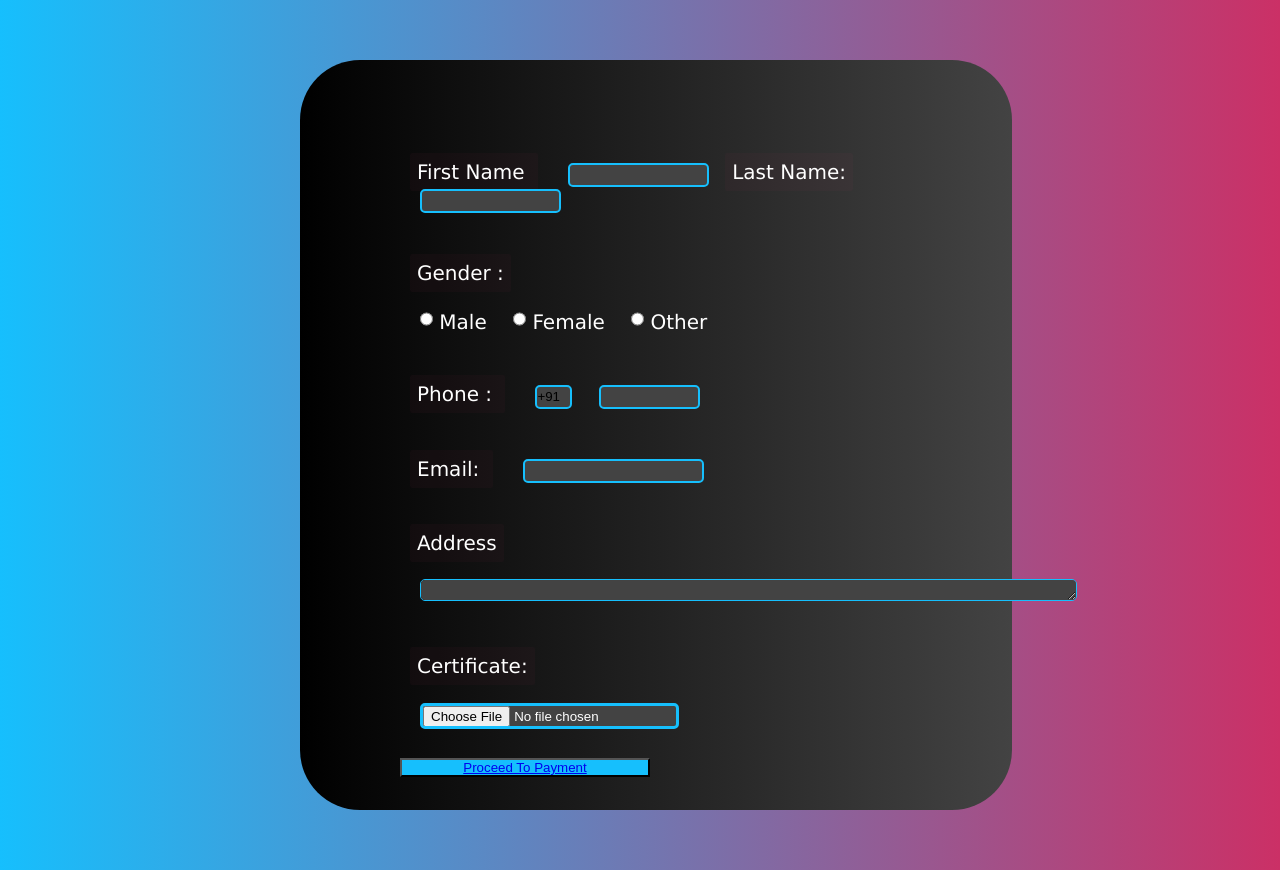
Repository: sarthakkathpalia/elliptical
Page: html/form.html
An editor plug-in stored every save of this project. The page is shown before and after the next save, followed by the edit.
The browser window is 1280 px wide. The pictures show the whole page.

Above is the page before, as saved 2021-10-30 17:59:55.

### html/form.html
<!DOCTYPE html>
<html lang="en">
<head>
    <meta charset="UTF-8">
    <meta http-equiv="X-UA-Compatible" content="IE=edge">
    <meta name="viewport" content="width=device-width, initial-scale=1.0">
    <title>form</title>
</head>
<style>
        *{
        padding: 0%;
        margin: 0%;
            }
        input , textarea{
            border-radius: 5px;
            margin-left: 20px;
            height: 20px;
            background-color: #434343;
            border-style: solid;
            border-color: #16BFFD;
        }
        label{
            background-color: #cb30660a;
            padding: 7px;
            margin: 10px;
            border-radius: 2px;
        }
        .book{
            display:flex;
            align-items: center;

            background-image: linear-gradient(to right ,#16BFFD,#CB3066);
        }
        .box{
            font-family:'Lucida Sans', 'Lucida Sans Regular', 'Lucida Grande', 'Lucida Sans Unicode', Geneva, Verdana, sans-serif;
            border-radius: 60px;
            font-size: 20px;
            color: white;
            background-image: linear-gradient(to right , #000000,#434343);
            width: 40%;
            height: 550px;
            margin-top: 60px;
            margin-bottom: 60px;
            margin-left: 300px;
            padding: 100px;
        }
        button{
            background-color:#16BFFD ;
            width: 250px;
        }

</style>
<body>
    <form class="book">
      <div class="box">
        <label> First Name </label>
        <input type="text" name="firstname" size="15"/>
        <label> Last Name: </label>
        <input type="text" name="lastname" size="15"/> <br> <br> <br>

        <label>
        Gender :
        </label><br>  <br>
        <input type="radio" name="male"/> Male
        <input type="radio" name="female"/> Female
        <input type="radio" name="other"/> Other
        <br>
        <br>
          <br>
        <label>
        Phone :
        </label>
        <input type="text" name="country code"  value="+91" size="2"/>
        <input type="text" name="phone" size="10"/> <br> <br>  <br>
        <label>
            Email:
        </label>
        <input type="email" id="email" name="email"/> <br>
        <br><br>
        <label>
            Address
        </label>
        <br>
        <br>
        <textarea cols="80" rows="5" value="address">
        </textarea>
        <br> <br>  <br>

        <label>
            Certificate:
        </label>
        <br>
        <br>
        <input type="file" id="image-input" accept="image/*">
        <br>
        <br>

        <button><a href="index.html">Proceed To Payment</a></button>
    </div>
        </form>
</body>
</html>

After the next save:
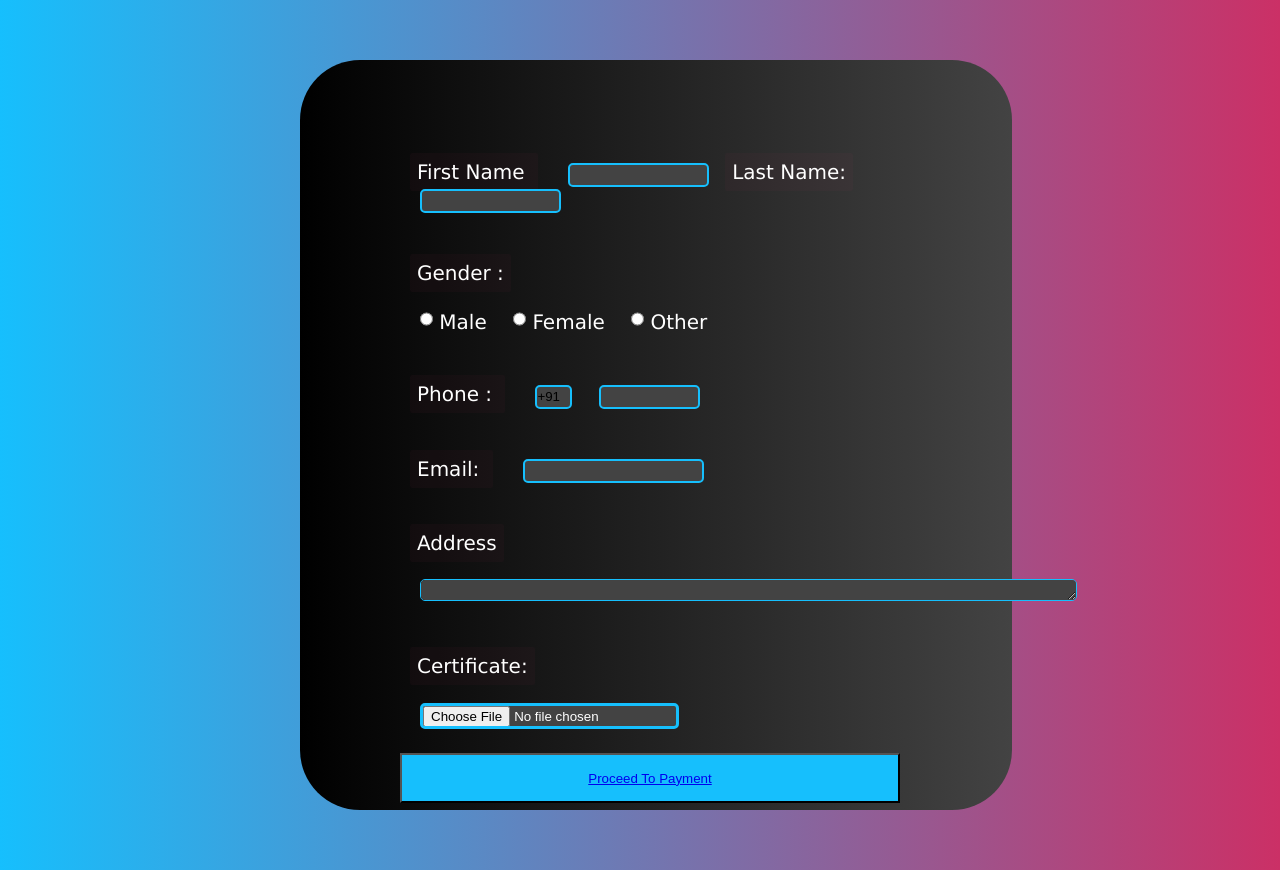
Saved 24 s later.
--- a/html/form.html
+++ b/html/form.html
@@ -46,7 +46,8 @@
         }
         button{
             background-color:#16BFFD ;
-            width: 250px;
+            width: 500px;
+            height: 50px;
         }
 
 </style>
